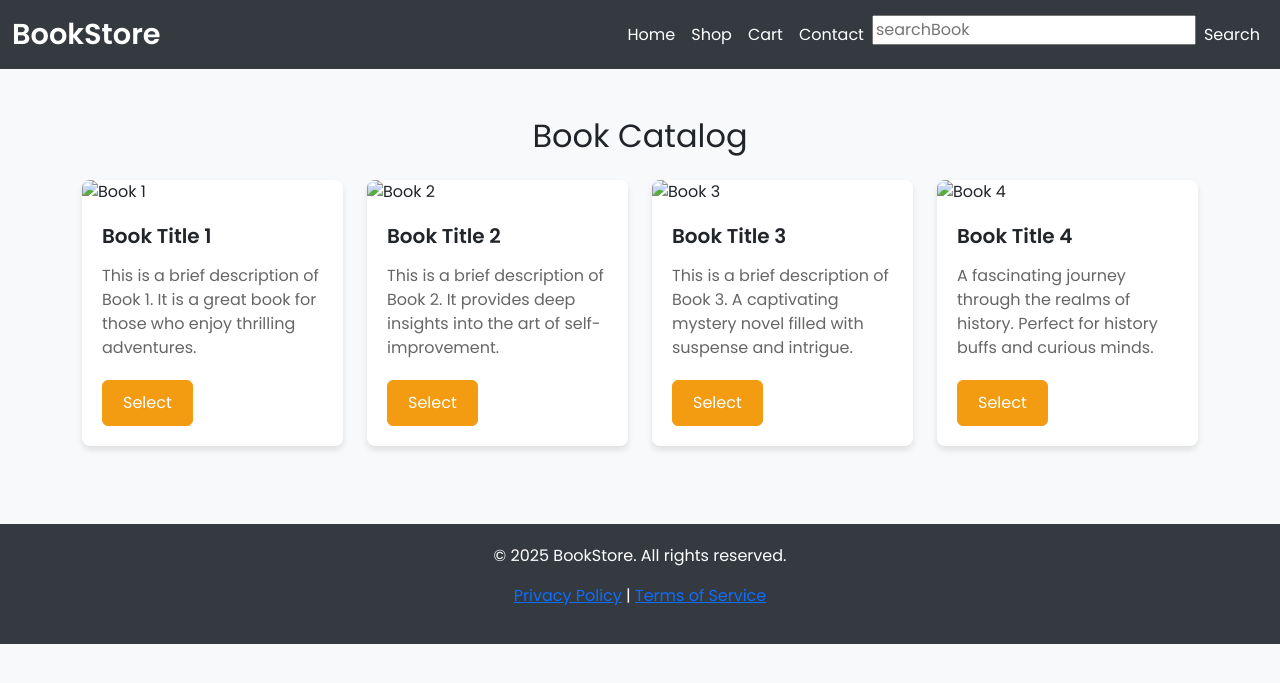
Repository: Cr7Mujassam/Book_Store
Page: http://localhost/bookStore/WEB-INF/jsp/fiction.jsp
These files come from the project's save history. The page is drawn as it stood at one moment and after the next save; the edit follows.
The browser window is 1280 px wide. The pictures show the whole page.
The page is served by Tomcat 9. Nobody is signed in. Other server files are loaded and not shown. The template is opened directly, without the code that normally fills it, so the values that code supplies are empty.

Above is the page before, as saved 2025-01-26 13:02:38.

### bookStore/src/main/webapp/WEB-INF/jsp/fiction.jsp
<%@ page language="java" contentType="text/html; charset=UTF-8"
    pageEncoding="UTF-8"%>
<!DOCTYPE html>
<html lang="en">
<head>
    <meta charset="UTF-8">
    <meta name="viewport" content="width=device-width, initial-scale=1.0">
    <meta http-equiv="X-UA-Compatible" content="ie=edge">
    <title>Book Catalog</title>
    <link href="https://fonts.googleapis.com/css2?family=Poppins:wght@300;400;600&display=swap" rel="stylesheet">
    <link href="https://cdn.jsdelivr.net/npm/bootstrap@5.3.0-alpha1/dist/css/bootstrap.min.css" rel="stylesheet">
    <style>
        body {
            font-family: 'Poppins', sans-serif;
            background-color: #f8f9fa;
        }

        .navbar {
            background-color: #343a40;
        }

        .navbar-brand {
            color: #ffffff;
            font-size: 1.8rem;
            font-weight: 600;
        }

        .navbar-nav .nav-link {
            color: #ffffff !important;
            font-weight: 500;
        }

        .navbar-nav .nav-link:hover {
            color: #f39c12 !important;
        }

        .card {
            border: none;
            margin-bottom: 30px;
            border-radius: 8px;
            box-shadow: 0 4px 6px rgba(0, 0, 0, 0.1);
            transition: transform 0.3s ease, box-shadow 0.3s ease;
        }

        .card img {
            max-height: 350px;
            object-fit: cover;
            border-radius: 8px;
        }

        .card-body {
            padding: 1.25rem;
        }

        .card-title {
            font-weight: 600;
            font-size: 1.25rem;
            margin-bottom: 1rem;
        }

        .card-text {
            color: #666;
            font-size: 1rem;
            margin-bottom: 1.25rem;
        }

        .btn-primary {
            background-color: #f39c12;
            border-color: #f39c12;
            font-size: 1rem;
            padding: 10px 20px;
        }

        .btn-primary:hover {
            background-color: #e67e22;
            border-color: #e67e22;
        }

        .footer {
            background-color: #343a40;
            color: #fff;
            text-align: center;
            padding: 20px;
        }

        .card:hover {
            transform: translateY(-5px);
            box-shadow: 0 10px 20px rgba(0, 0, 0, 0.1);
        }
    </style>
</head>
<body>

    <!-- Navbar -->
    <nav class="navbar navbar-expand-lg navbar-dark">
        <div class="container-fluid">
            <a class="navbar-brand" href="#">BookStore</a>
            <button class="navbar-toggler" type="button" data-bs-toggle="collapse" data-bs-target="#navbarNav" aria-controls="navbarNav" aria-expanded="false" aria-label="Toggle navigation">
                <span class="navbar-toggler-icon"></span>
            </button>
            <div class="collapse navbar-collapse" id="navbarNav">
                <ul class="navbar-nav ms-auto">
                    <li class="nav-item">
                        <a class="nav-link" href="http://localhost:8082/store/homepage">Home</a>
                    </li>
                    <li class="nav-item">
                        <a class="nav-link" href="#">Shop</a>
                    </li>
                    <li class="nav-item">
                        <a class="nav-link" href="#">Cart</a>
                    </li>
                    <li class="nav-item">
                        <a class="nav-link" href="#">Contact</a>
                    </li>
                    <li class="nav-item">
                        <input type="text" class="" placeholder="searchBook">
                    </li>
                    <li class="nav-item">
                        <button type="button" class="nav-link" onclick="">Search</button>
                    </li>

                </ul>
            </div>
        </div>
    </nav>

    <!-- Catalog Section -->
    <div class="container my-5">
        <h2 class="text-center mb-4">Book Catalog</h2>
        <div class="row g-4">
            <!-- Book 1 -->
            <div class="col-12 col-sm-6 col-md-4 col-lg-3">
                <div class="card">
                    <img src="" class="card-img-top" alt="Book 1">
                    <div class="card-body">
                        <h5 class="card-title">Book Title 1</h5>
                        <p class="card-text">This is a brief description of Book 1. It is a great book for those who enjoy thrilling adventures.</p>
                        <a href="#" class="btn btn-primary">Select</a>
                    </div>
                </div>
            </div>

            <!-- Book 2 -->
            <div class="col-12 col-sm-6 col-md-4 col-lg-3">
                <div class="card">
                    <img src="" class="card-img-top" alt="Book 2">
                    <div class="card-body">
                        <h5 class="card-title">Book Title 2</h5>
                        <p class="card-text">This is a brief description of Book 2. It provides deep insights into the art of self-improvement.</p>
                        <a href="#" class="btn btn-primary">Select</a>
                    </div>
                </div>
            </div>

            <!-- Book 3 -->
            <div class="col-12 col-sm-6 col-md-4 col-lg-3">
                <div class="card">
                    <img src="" class="card-img-top" alt="Book 3">
                    <div class="card-body">
                        <h5 class="card-title">Book Title 3</h5>
                        <p class="card-text">This is a brief description of Book 3. A captivating mystery novel filled with suspense and intrigue.</p>
                        <a href="#" class="btn btn-primary">Select</a>
                    </div>
                </div>
            </div>

            <!-- Book 4 -->
            <div class="col-12 col-sm-6 col-md-4 col-lg-3">
                <div class="card">
                    <img src="" class="card-img-top" alt="Book 4">
                    <div class="card-body">
                        <h5 class="card-title">Book Title 4</h5>
                        <p class="card-text">A fascinating journey through the realms of history. Perfect for history buffs and curious minds.</p>
                        <a href="#" class="btn btn-primary">Select</a>
                    </div>
                </div>
            </div>

            <!-- Add more books here -->
        </div>
    </div>

    <!-- Footer -->
    <footer class="footer">
        <p>&copy; 2025 BookStore. All rights reserved.</p>
        <p><a href="#">Privacy Policy</a> | <a href="#">Terms of Service</a></p>
    </footer>

    <script src="https://cdn.jsdelivr.net/npm/bootstrap@5.3.0-alpha1/dist/js/bootstrap.bundle.min.js"></script>
</body>
</html>

After the next save:
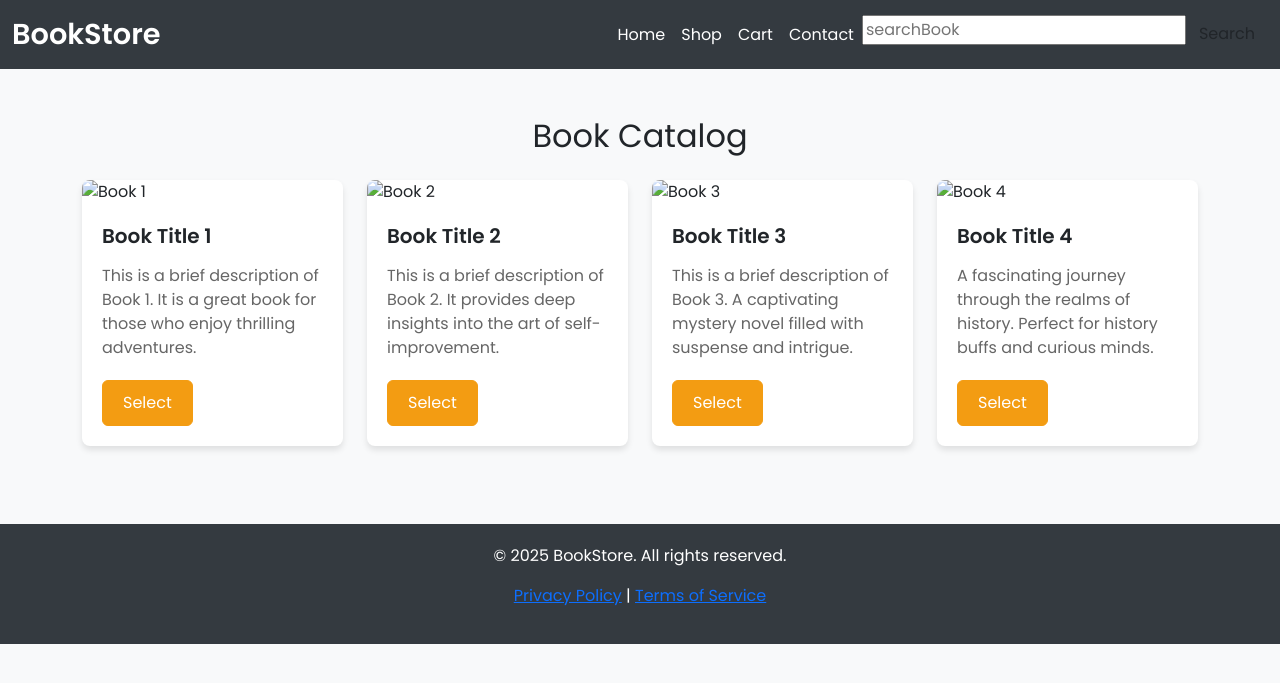
Saved 28 s later.
--- a/bookStore/src/main/webapp/WEB-INF/jsp/fiction.jsp
+++ b/bookStore/src/main/webapp/WEB-INF/jsp/fiction.jsp
@@ -116,7 +116,7 @@
                         <input type="text" class="" placeholder="searchBook">
                     </li>
                     <li class="nav-item">
-                        <button type="button" class="nav-link" onclick="">Search</button>
+                        <button type="button" class="btn" onclick="">Search</button>
                     </li>
 
                 </ul>
